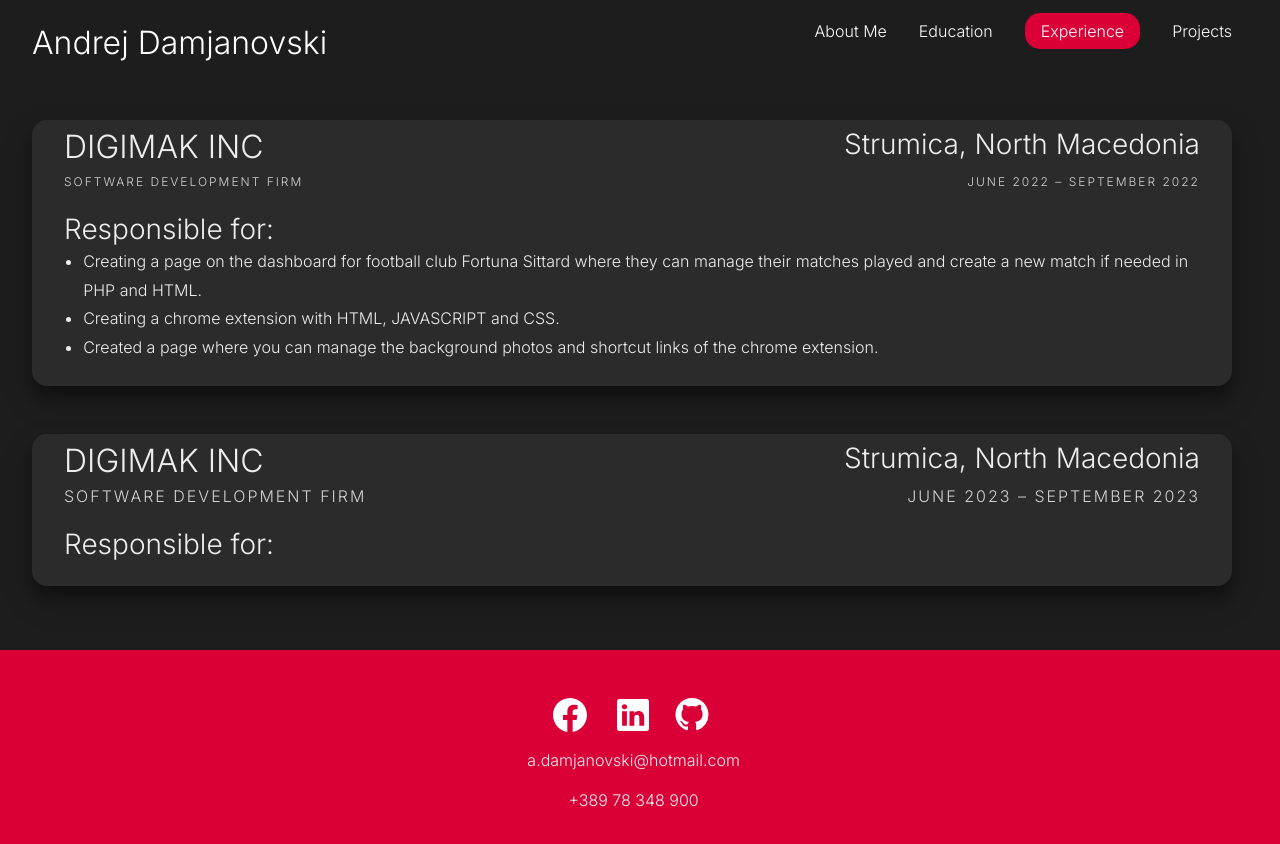
Repository: ADamjanovski/portfolio
Page: experience.html
An editor plug-in stored every save of this project. The page is shown before and after the next save, followed by the edit.
The browser window is 1280 px wide. The pictures show the whole page.

Above is the page before, as saved 2023-07-03 11:54:26.

### experience.html
<!DOCTYPE html>
<html lang="en">
<head>
    <meta charset="UTF-8">
    <meta name="viewport" content="width=device-width, initial-scale=1.0">
    <title>Experience</title>
    <link rel="preconnect" href="https://fonts.googleapis.com">
    <link rel="preconnect" href="https://fonts.gstatic.com" crossorigin>
    <link href="https://fonts.googleapis.com/css2?family=Inter:wght@300&display=swap" rel="stylesheet">
    <link href="https://cdn.jsdelivr.net/npm/bootstrap@5.3.0/dist/css/bootstrap.min.css" rel="stylesheet" integrity="sha384-9ndCyUaIbzAi2FUVXJi0CjmCapSmO7SnpJef0486qhLnuZ2cdeRhO02iuK6FUUVM" crossorigin="anonymous">
    <link rel="stylesheet" href="style.css">
</head>
<body>
    <div class="navbar">
        <h2><a href="index.html">Andrej Damjanovski</a></h2>
        <div >
            <ul class="navbar-links">
                <li ><a href="aboutme.html" >About Me</a></li>
                <li><a href="education.html">Education</a></li>
                <li><a href="experience.html" class="active">Experience</a></li>
                <li><a href="projects.html">Projects</a></li>
            </ul>
        </div>
        <button class="navbar-toggler icon" type="button" data-bs-toggle="offcanvas" data-bs-target="#offcanvasDarkNavbar" aria-controls="offcanvasDarkNavbar" aria-label="Toggle navigation">
            <span class=""><svg fill="#FFFFFF" xmlns="http://www.w3.org/2000/svg"  viewBox="0 0 50 50" width="30px" height="30px" ><path d="M 0 9 L 0 11 L 50 11 L 50 9 Z M 0 24 L 0 26 L 50 26 L 50 24 Z M 0 39 L 0 41 L 50 41 L 50 39 Z"/></svg></span>
          </button>
    </div>
    <div class="offcanvas offcanvas-end text-bg-dark" tabindex="-1" id="offcanvasDarkNavbar" aria-labelledby="offcanvasDarkNavbarLabel">
        <div class="offcanvas-header color flex-end">
            <button type="button" class="btn-close btn-close-white" data-bs-dismiss="offcanvas" aria-label="Close"></button>
        </div>
        <div class="offcanvas-body color">
            <ul class="navbar-nav justify-content-end flex-grow-1 pe-3">
                <li class="nav-item">
                  <a class=" margin nav-link " aria-current="page" href="aboutme.html">About Me</a>
                </li>
                <li class="margin nav-item">
                  <a class="nav-link " href="education.html">Education</a>
                </li>
                <li class=" nav-item">
                    <a class="nav-link active" href="experience.html">Experience</a>
                </li>
                <li class="margin nav-item">
                <a class="nav-link" href="projects.html">Projects</a>
                </li>
            </ul>
        </div>
    </div>
    <div class="job-description">
        <div class="Company-details">
            <h2>DIGIMAK INC</h2>
            <h3>Strumica, North Macedonia</h3>
        </div>
        <div class="role">
            <p class="my-role">Software Development Firm</p>
            <p>June 2022 – September 2022</p>
        </div>
        <div class="responsible">
            <h3>Responsible for:</h3>
            <ul>
                <li>Creating a page on the dashboard for football club Fortuna Sittard where they can manage their matches played and create a new match if needed in PHP and HTML.</li>
                <li>Creating a chrome extension with HTML, JAVASCRIPT and CSS.</li>
                <li>Created a page where you can manage the background photos and shortcut links of the chrome extension.</li>
            </ul>

        </div>
    </div>
    <div class="job-description">
        <div class="Company-details">
            <h2>DIGIMAK INC</h2>
            <h3>Strumica, North Macedonia</h3>
        </div>
        <div class="role">
            <h6>Software Development Firm</h6>
            <h6>June 2023 – September 2023</h6>
        </div>
        <div class="responsible">
            <h3>Responsible for:</h3>
        </div>
    </div>
    <footer>
        <a href="https://www.facebook.com/andrej.damjanovska"><svg xmlns="http://www.w3.org/2000/svg" width="50" height="34" fill="currentColor" class="bi bi-facebook" viewBox="0 0 16 16">
            <path d="M16 8.049c0-4.446-3.582-8.05-8-8.05C3.58 0-.002 3.603-.002 8.05c0 4.017 2.926 7.347 6.75 7.951v-5.625h-2.03V8.05H6.75V6.275c0-2.017 1.195-3.131 3.022-3.131.876 0 1.791.157 1.791.157v1.98h-1.009c-.993 0-1.303.621-1.303 1.258v1.51h2.218l-.354 2.326H9.25V16c3.824-.604 6.75-3.934 6.75-7.951z"/>
          </svg></a>
        <a  href="https://www.linkedin.com/in/andrej-damjanovski"><svg xmlns="http://www.w3.org/2000/svg" width="50" height="32" fill="currentColor" class="bi bi-linkedin linkedin" viewBox="0 0 16 16">
            <path d="M0 1.146C0 .513.526 0 1.175 0h13.65C15.474 0 16 .513 16 1.146v13.708c0 .633-.526 1.146-1.175 1.146H1.175C.526 16 0 15.487 0 14.854V1.146zm4.943 12.248V6.169H2.542v7.225h2.401zm-1.2-8.212c.837 0 1.358-.554 1.358-1.248-.015-.709-.52-1.248-1.342-1.248-.822 0-1.359.54-1.359 1.248 0 .694.521 1.248 1.327 1.248h.016zm4.908 8.212V9.359c0-.216.016-.432.08-.586.173-.431.568-.878 1.232-.878.869 0 1.216.662 1.216 1.634v3.865h2.401V9.25c0-2.22-1.184-3.252-2.764-3.252-1.274 0-1.845.7-2.165 1.193v.025h-.016a5.54 5.54 0 0 1 .016-.025V6.169h-2.4c.03.678 0 7.225 0 7.225h2.4z"/>
          </svg></a>
        <a href="https://github.com/ADamjanovski"><svg xmlns="http://www.w3.org/2000/svg" width="60" height="33" fill="currentColor" class="bi bi-github" viewBox="0 0 16 16">
            <path d="M8 0C3.58 0 0 3.58 0 8c0 3.54 2.29 6.53 5.47 7.59.4.07.55-.17.55-.38 0-.19-.01-.82-.01-1.49-2.01.37-2.53-.49-2.69-.94-.09-.23-.48-.94-.82-1.13-.28-.15-.68-.52-.01-.53.63-.01 1.08.58 1.23.82.72 1.21 1.87.87 2.33.66.07-.52.28-.87.51-1.07-1.78-.2-3.64-.89-3.64-3.95 0-.87.31-1.59.82-2.15-.08-.2-.36-1.02.08-2.12 0 0 .67-.21 2.2.82.64-.18 1.32-.27 2-.27.68 0 1.36.09 2 .27 1.53-1.04 2.2-.82 2.2-.82.44 1.1.16 1.92.08 2.12.51.56.82 1.27.82 2.15 0 3.07-1.87 3.75-3.65 3.95.29.25.54.73.54 1.48 0 1.07-.01 1.93-.01 2.2 0 .21.15.46.55.38A8.012 8.012 0 0 0 16 8c0-4.42-3.58-8-8-8z"/>
          </svg></a>
        <p class="email">a.damjanovski@hotmail.com</p>
        <p>+389 78 348 900</p>
    </footer>
    <script src="https://cdn.jsdelivr.net/npm/bootstrap@5.3.0/dist/js/bootstrap.bundle.min.js" integrity="sha384-geWF76RCwLtnZ8qwWowPQNguL3RmwHVBC9FhGdlKrxdiJJigb/j/68SIy3Te4Bkz" crossorigin="anonymous"></script>

</body>
</html>

### style.css
body{
    background-color: #1D1D1D;
    color:rgb(238, 238, 238);
    height: 70vh;
    overflow-x:hidden;
}
*{
    font-family: 'Outfit','Inter', sans-serif;
}
a{
    text-decoration: none;
    color:white;
}
.home-body{
    background-color: #2b2b2b;
    display: flex;
    justify-content: space-around;
    height: inherit;
    align-items: center;
    margin:0rem 3rem 0rem 3rem;
    border-radius: 15px;
    box-shadow: rgba(0, 0, 0, 0.25) 0px 14px 28px, rgba(0, 0, 0, 0.22) 0px 10px 10px;;
}
#programmer-img{
    width: 500px;
}

#home-name{
    margin-top: 7rem;
    text-align: center;

}
.navbar{
    display: flex;
    height: 10vh;
    justify-content: space-between;
}
.navbar h2{
    margin-left: 2rem;
    margin-top:1rem;
}
.navbar-links{

    margin-right: 3rem;
    display: flex;
    gap: 2rem;
    list-style-type: none;
    font-size: 1rem;
    justify-content: space-around;
}
#personalimg{

    border-radius: 50%;
}
.aboutme-body{
    margin: 3rem;
    display: flex;
    justify-content:space-around;

}
.text{
    padding: 3rem 5rem 5rem 0rem;
    background-color: #2b2b2b;
    margin-right: 7rem;
    border-radius: 15px;
    font-size: 1rem;
    line-height: 2;
    text-align: justify;
    box-shadow: rgba(0, 0, 0, 0.25) 0px 14px 28px, rgba(0, 0, 0, 0.22) 0px 10px 10px;;
}
.aboutme-body p{
    margin-left: 3rem;
}
footer{
    margin-top:4rem;
    background-color: #DA0037;
    width: 99vw;
    padding-top: 3rem;
    padding-bottom: 1rem;
    text-align: center;
    box-shadow: 0 50vh 0 50vh #DA0037;
    align-content: center;
}
.linkedin{
    margin-left:.5rem;
}
.active{
    border-radius: 15px;
    padding: .5rem;
    padding-inline: 1rem;
    background-color: #DA0037;
}

.education-body{
    background-color: #2b2b2b;
    margin: 1rem 3rem 1rem 2rem;
    padding: 1rem 0rem 3rem 3rem;
    border-radius: 15px;
    line-height: 2;
    box-shadow: rgba(0, 0, 0, 0.25) 0px 14px 28px, rgba(0, 0, 0, 0.22) 0px 10px 10px;;
}
.Company-details{
    display: flex;
    justify-content: space-between;

}

.job-description{
    margin:3rem 3rem 3rem 2rem;
    background-color: #2b2b2b;
    padding:.5rem 2rem 1.5rem 2rem;
    border-radius: 15px;
    box-shadow: rgba(0, 0, 0, 0.25) 0px 14px 28px, rgba(0, 0, 0, 0.22) 0px 10px 10px;;
}

.role{
    display: flex;
    justify-content: space-between;
    text-transform: uppercase;
    margin-bottom: 0px;
    padding-bottom: 0px;
}
.Company-details *{
    padding:0px;
    margin:0px;
}

.job-description *{
    padding:0px;
    margin:0px;
}
.role *{
    color :lightgrey;
    letter-spacing: 2px;

    padding:0rem;
    margin:.4rem 0 0.4rem 0;
}

.role > p {
    font-size:0.75rem;
}

.responsible{
    line-height: 1.8rem;
    margin-top: 1rem;
}

.project{
    display: flex;
    align-items: center;
    justify-content: space-between;
    margin:3rem 3rem 3rem 2rem;
    background-color: #2b2b2b;
    padding:.5rem 2rem 1.5rem 2rem;
    border-radius: 15px;
    box-shadow: rgba(0, 0, 0, 0.25) 0px 14px 28px, rgba(0, 0, 0, 0.22) 0px 10px 10px;;
}
.project-details{
    display: flex;
    justify-content: space-between;
}

.project-logo{
    margin-right: 4rem;
}
.icon{

    display: none;
    border-color: rgb(238, 238, 238);
}
@media screen and (max-width: 850px) {

    .navbar-links{
        display: none;
    }

    .icon{
        display: flex;
        margin-right: 3rem;
    }
    .active{
        display: inline-block;
        margin-top:.4rem;

    }
    .margin{
        margin-left: 1rem;
    }

}
@media screen and (max-width:1030px) {
    .aboutme-body{
        width: 100%;
        flex-direction: column-reverse;
        align-items: center;
        gap:3rem;
    }
    #personalimg{
        align-self:center;
        margin-right: 5rem;
    }
    .project-logo{
        margin-right: 2rem;
        margin-left: 1rem;
    }

}
.color{
    background-color: #2b2b2b;
}
.email{
    margin-top:1rem;
}
.responsible ul{
    margin-left: 1.2rem;
}
.flex-end{
    display: flex;
    justify-content: flex-end;
    padding-right: 1.5rem;
}

After the next save:
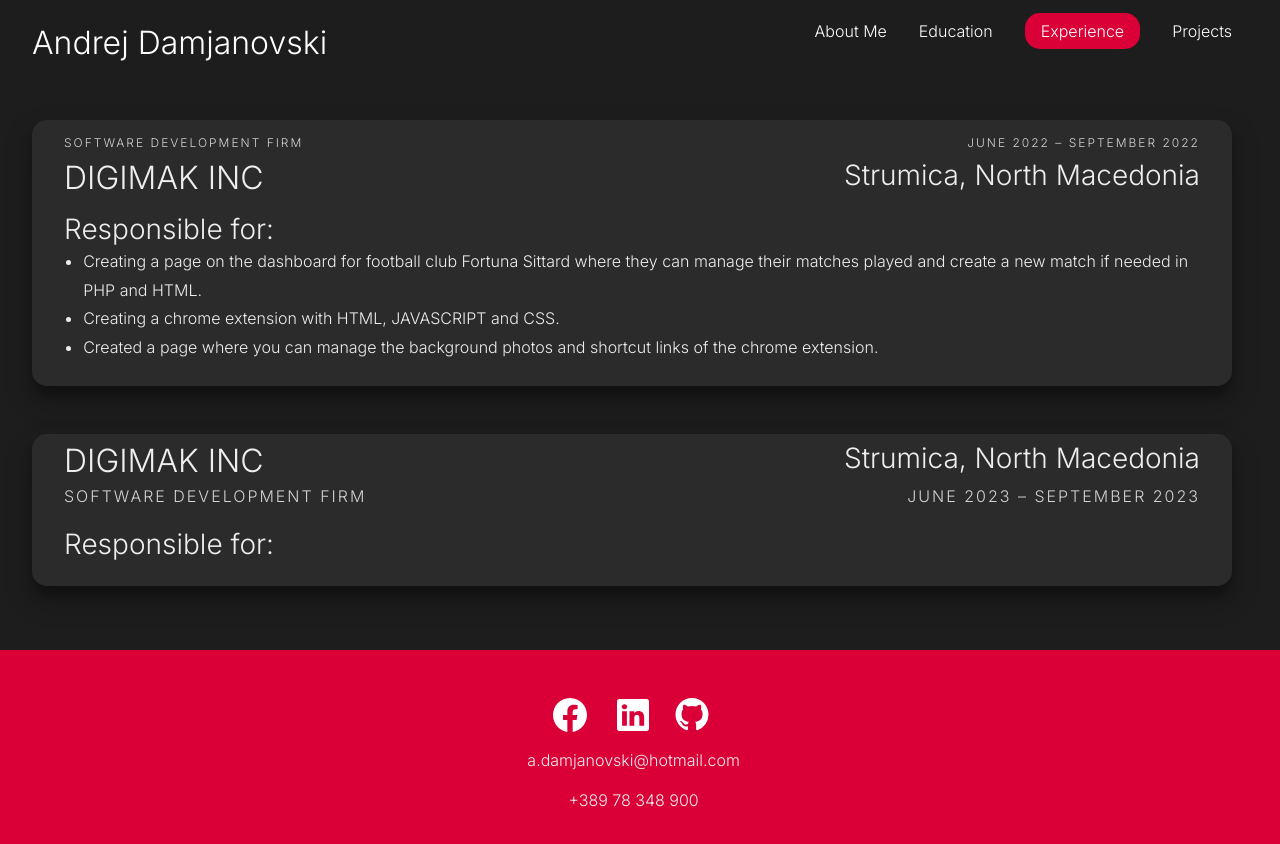
Saved 22 s later.
--- a/experience.html
+++ b/experience.html
@@ -47,13 +47,13 @@
         </div>
     </div>
     <div class="job-description">
+        <div class="role">
+            <p class="my-role">Software Development Firm</p>
+            <p>June 2022 – September 2022</p>
+        </div>
         <div class="Company-details">
             <h2>DIGIMAK INC</h2>
             <h3>Strumica, North Macedonia</h3>
-        </div>
-        <div class="role">
-            <p class="my-role">Software Development Firm</p>
-            <p>June 2022 – September 2022</p>
         </div>
         <div class="responsible">
             <h3>Responsible for:</h3>
